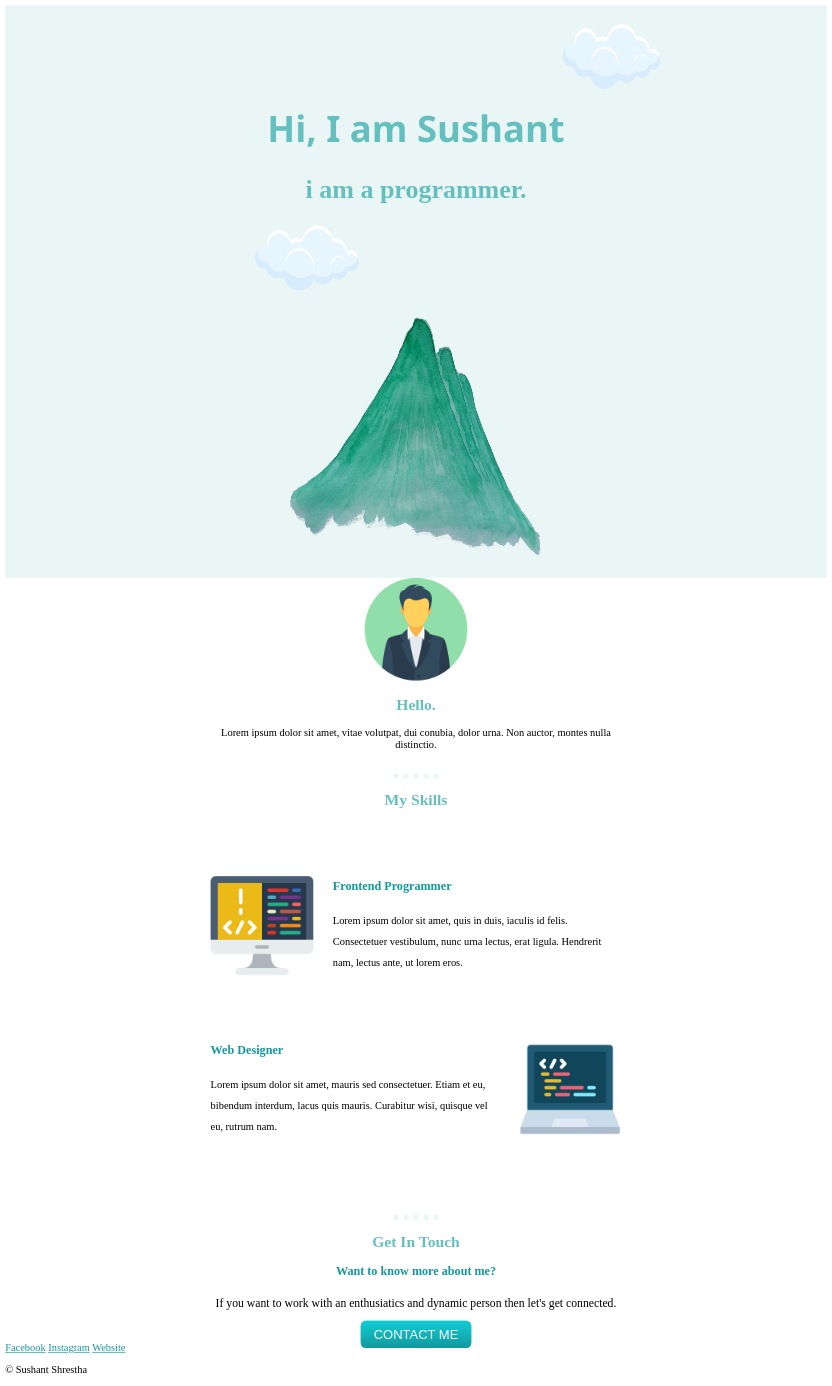
Repository: Sushant203/myPersonalSite
Page: index.html
The author's editor kept a copy of each file at every save. The page is drawn from the files as they stood at one save, then again after a run of saves.
The browser window is 1280 px wide. The pictures show the whole page, at 65% of full size.

Above is the page before, as saved 2022-12-13 19:16:06.

### index.html
<!DOCTYPE html>
<html lang="en">

<head>
    <meta charset="UTF-8">
    <meta http-equiv="X-UA-Compatible" content="IE=edge">
    <meta name="viewport" content="width=device-width, initial-scale=1.0">
    <title>Document</title>
    <link rel="stylesheet" href="\css\style.css">
    <link rel="favicon" href="favicon.ico">
</head>

<body>
    <div class="container">
        <div>
            <img class="top-cloud" src="cloud.png" alt="upper-cloud">
        </div>
        <div class="header-text">
            <h1>Hi, I am Sushant</h1>
            <h2>i am a programmer.</h2>
        </div>
        <div>
            <img class="bottom-cloud" src="cloud.png" alt="lower cloud">
            <img class="mountain-image" src="mountain-1.png" alt="mountain img">
        </div>
      </div>
        <!-- middle and end parts -->
        <div class="middle-container">
            <!-- profile section -->
            <div class="profile">
              <img src="profile.png" alt="profile picture">
              <h2>Hello.</h2>
              <p>Lorem ipsum dolor sit amet, vitae volutpat, dui conubia, dolor urna. Non auctor, montes nulla distinctio.</p>
            </div>
            <hr>
            <!-- skill section -->
            <div class="skills">
              <h2>My Skills</h2>
              <div class="skill-row">
                <img class="img1" src="skill1.png" alt="coding">
                <h3>Frontend Programmer</h3>
                <p>Lorem ipsum dolor sit amet, quis in duis, iaculis id felis. Consectetuer vestibulum, nunc urna lectus, erat ligula. Hendrerit nam, lectus ante, ut lorem eros.</p>
              </div>
              <div class="skill-row">
                <img class="img2" src="skill2.png" alt="programmer">
                <h3>Web Designer</h3>
                <p class="skill-description">Lorem ipsum dolor sit amet, mauris sed consectetuer. Etiam et eu, bibendum interdum, lacus quis mauris. Curabitur wisi, quisque vel eu, rutrum nam.</p>
              </div>
            </div>
            <hr>
            <!-- contact section -->
            <div class="contact-me">
              <h2>Get In Touch</h2>
              <h3>Want to know more about me?</h3>
              <p class="text">If you want to work with an enthusiatics and dynamic person then let's get connected.</p>
              <a class="btn" href="mailto:clashofgames229@gmail.com">CONTACT ME</a>
            </div>
          </div>

          <!-- bottom section -->
          <div class="bottom-container">
            <a class="footer-link" href="https://www.facebook.com/">Facebook</a>
            <a class="footer-link" href="https://www.instagram.com/">Instagram</a>
            <a class="footer-link" href="https://www.appbrewery.co/">Website</a>
            <p>© Sushant Shrestha</p>
          </div>

</body>

</html>

### css/style.css
/* body{
    background-color: lightblue;

    } */
/* contaienr css starts */
.container{
    background-color: #EAF6F6;
    margin:  0;
    position: relative;
    text-align: center;
    padding-top: 100px;

}

.top-cloud{
    height: 100px;
    width: 150px;
    position: absolute;
    top: 4vh;
   right: 20vw;
}

.header-text{
display: inline-block;
/* position: absolute; */
/* margin: 70px; */
}

.header-text h1{
    font-family: 'Segoe UI', Tahoma, Geneva, Verdana, sans-serif;
    font-size: 3.5rem;
    margin: 50px auto 0 auto;
    color: #66BFBF;

}

.header-text h2{
    font-family:cursive;
    font-size: 2.5rem;
}

.bottom-cloud{
    height: 100px;
    width: 160px;
    position: absolute;
    /* top: 35vh; */
    left: 30vw;
}

.mountain-image{

    height: 430px;
    width: 400px;
    margin-top: 15vh;
}
/* container css ends */

/* middle container css starts */
/* profile section css starts */

.profile{
    width: 50%;
    position: relative;
    text-align: center;
    margin: 0 auto;
}
.profile img{
    width: 25%;
    display: inline-block;
}

h2{
    /* font-weight: normal; */
    color: #66BFBF;
}

h3,a{
    color: #11999E;
}

/* hr line css */
hr{
    border-style: none none dotted;
    border-color: #EAF6F6;
    border-width: 8px;
    width: 4%;
    padding: 10px;
}


.skills{

    position: relative;
    text-align: center;
}

.skill-row{
    margin: 100px auto;
    width: 50%;
    text-align: left;
    line-height:2;
}

.skill-row .img1{
    width: 25%;
    float: left;
    margin-right: 30px;
}
.img2{
    width: 25%;
    float: right;
    margin-left: 30px;
}
/* middle section css ends */
/* contact section css starts */

.contact-me{
    text-align: center;
}
.text{
    font-size: 18px;
    padding: 9px;
}

/* BUTTON CSS */
.btn {
    background: #11cdd4;
    background-image: -webkit-linear-gradient(top, #11cdd4, #11999e);
    background-image: -moz-linear-gradient(top, #11cdd4, #11999e);
    background-image: -ms-linear-gradient(top, #11cdd4, #11999e);
    background-image: -o-linear-gradient(top, #11cdd4, #11999e);
    background-image: linear-gradient(to bottom, #11cdd4, #11999e);
    -webkit-border-radius: 8;
    -moz-border-radius: 8;
    border-radius: 8px;
    font-family: Arial;
    color: #ffffff;
    font-size: 20px;
    padding: 10px 20px 10px 20px;
    text-decoration: none;
  }

  .btn:hover {
    background: #30e3cb;
    background-image: -webkit-linear-gradient(top, #30e3cb, #2bc4ad);
    background-image: -moz-linear-gradient(top, #30e3cb, #2bc4ad);
    background-image: -ms-linear-gradient(top, #30e3cb, #2bc4ad);
    background-image: -o-linear-gradient(top, #30e3cb, #2bc4ad);
    background-image: linear-gradient(to bottom, #30e3cb, #2bc4ad);
    text-decoration: none;
  }

After the next 7 saves:
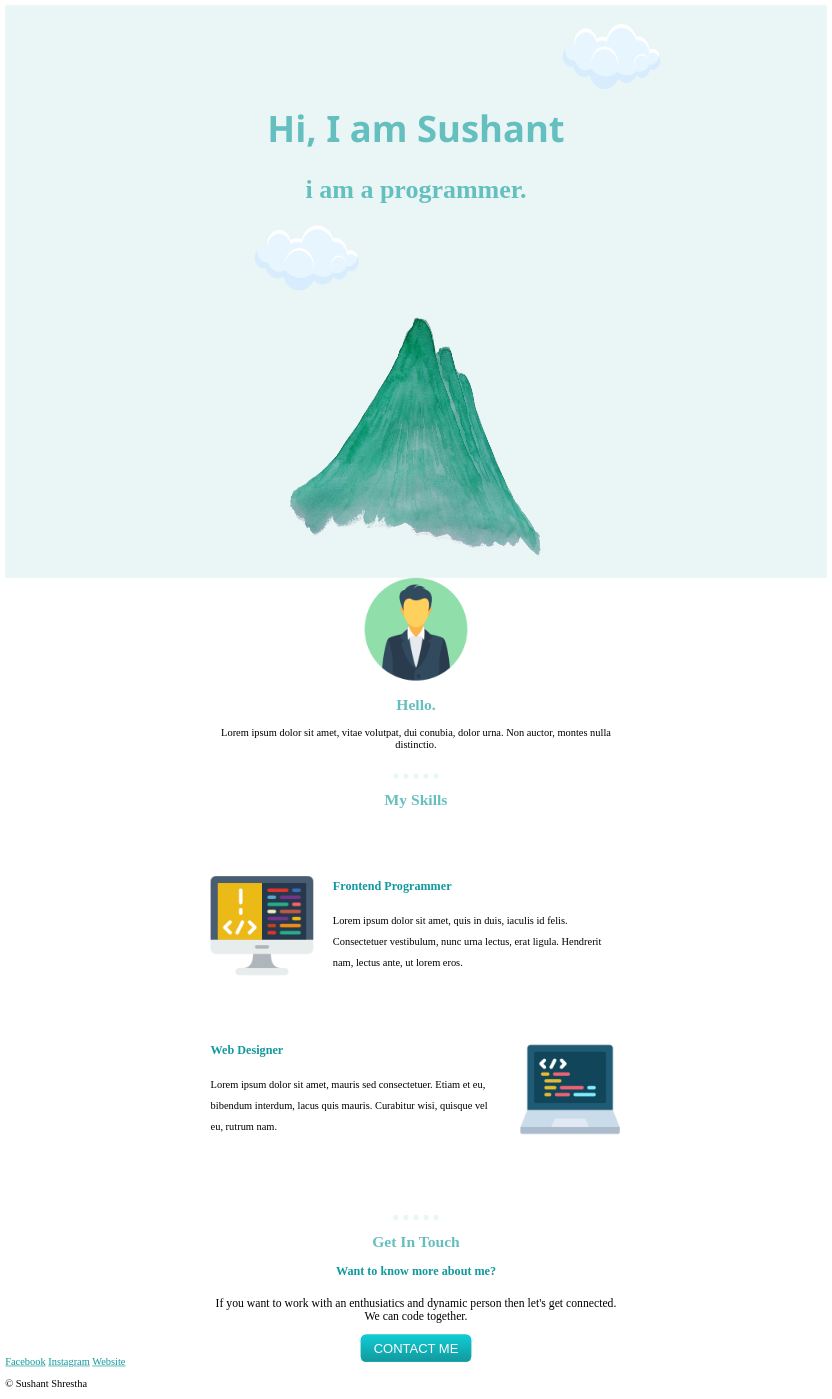
The 7 saves are shown as one change because they came seconds apart.
The last was saved 37 s later.
--- a/index.html
+++ b/index.html
@@ -52,7 +52,8 @@
             <div class="contact-me">
               <h2>Get In Touch</h2>
               <h3>Want to know more about me?</h3>
-              <p class="text">If you want to work with an enthusiatics and dynamic person then let's get connected.</p>
+              <p class="text">If you want to work with an enthusiatics and dynamic person then let's get connected.<br>
+              We can code together.</p>
               <a class="btn" href="mailto:clashofgames229@gmail.com">CONTACT ME</a>
             </div>
           </div>
